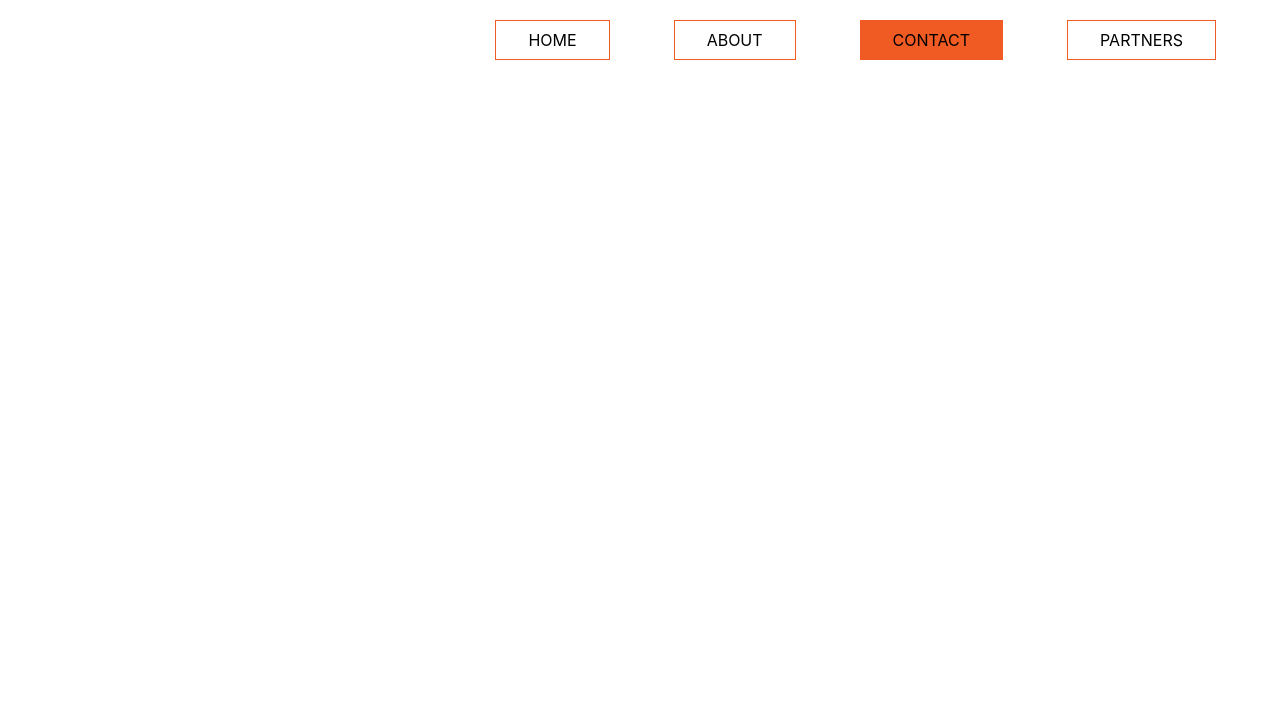
Repository: legenddev1202/whyclicktv
Page: /contact
An editor plug-in stored every save of this project. The page is shown before and after the next save, followed by the edit.
The browser window is 1280 px wide. The pictures show the whole page.
The project was rebuilt for these pictures with package versions that can differ from the ones it lists, and the page was loaded fresh each time. Also part of the build but not shown: src/pages/home.js, src/pages/about.js, src/App.css.

Above is the page before, as saved 2022-03-31 09:17:59.

### src/index.css
@tailwind base;
@tailwind components;
@tailwind utilities;

body {
  margin: 0;
  font-family: -apple-system, BlinkMacSystemFont, "Segoe UI", "Roboto", "Oxygen",
    "Ubuntu", "Cantarell", "Fira Sans", "Droid Sans", "Helvetica Neue",
    sans-serif;
  -webkit-font-smoothing: antialiased;
  -moz-osx-font-smoothing: grayscale;
  height: 100%;
  min-height: 500px;
}

code {
  font-family: source-code-pro, Menlo, Monaco, Consolas, "Courier New",
    monospace;
}

### src/App.js
import { Routes, Route, Link } from "react-router-dom";
import Home from "./pages/home";
import About from "./pages/about";
import "./App.css";
import Contact from "./pages/contact";

function App() {
  return (
    <Routes>
      <Route path="/" element={<Home />} />
      <Route path="about" element={<About />} />
      <Route path="contact" element={<Contact />} />
    </Routes>
  );
}

export default App;

### src/pages/contact.js
import React from "react";
import { Routes, Route, Link } from "react-router-dom";

function Contact() {
  return (
    <div>
      <div className="bg-transparent w-full h-20 flex items-center px-8 justify-between z-0">
        <div></div>
        <div className="bg-transparent">
          <button
            className="h-10 px-8 mx-8 border"
            style={{ borderColor: "#F05A23" }}
          >
            <Link to="/">HOME</Link>
          </button>
          <button
            className="h-10 px-8 mx-8 border"
            style={{ borderColor: "#F05A23" }}
          >
            <Link to="/about">ABOUT</Link>
          </button>
          <button
            className="h-10 px-8 mx-8 border"
            style={{ borderColor: "#F05A23", backgroundColor: "#F05A23" }}
          >
            <Link to="/contact">CONTACT</Link>
          </button>
          <button
            className="h-10 px-8 mx-8 border"
            style={{ borderColor: "#F05A23" }}
          >
            <Link to="/contact">PARTNERS</Link>
          </button>
        </div>
      </div>

      <div
        className="absolute w-18 h-full left-0 z-10"
        style={{ backgroundColor: "#F05A23" }}
      ></div>
    </div>
  );
}

export default Contact;

Loaded but not shown: public/index.html (common file); src/index.js (common file); src/reportWebVitals.js (common file); tailwind.config.js (common file)

After the next save:
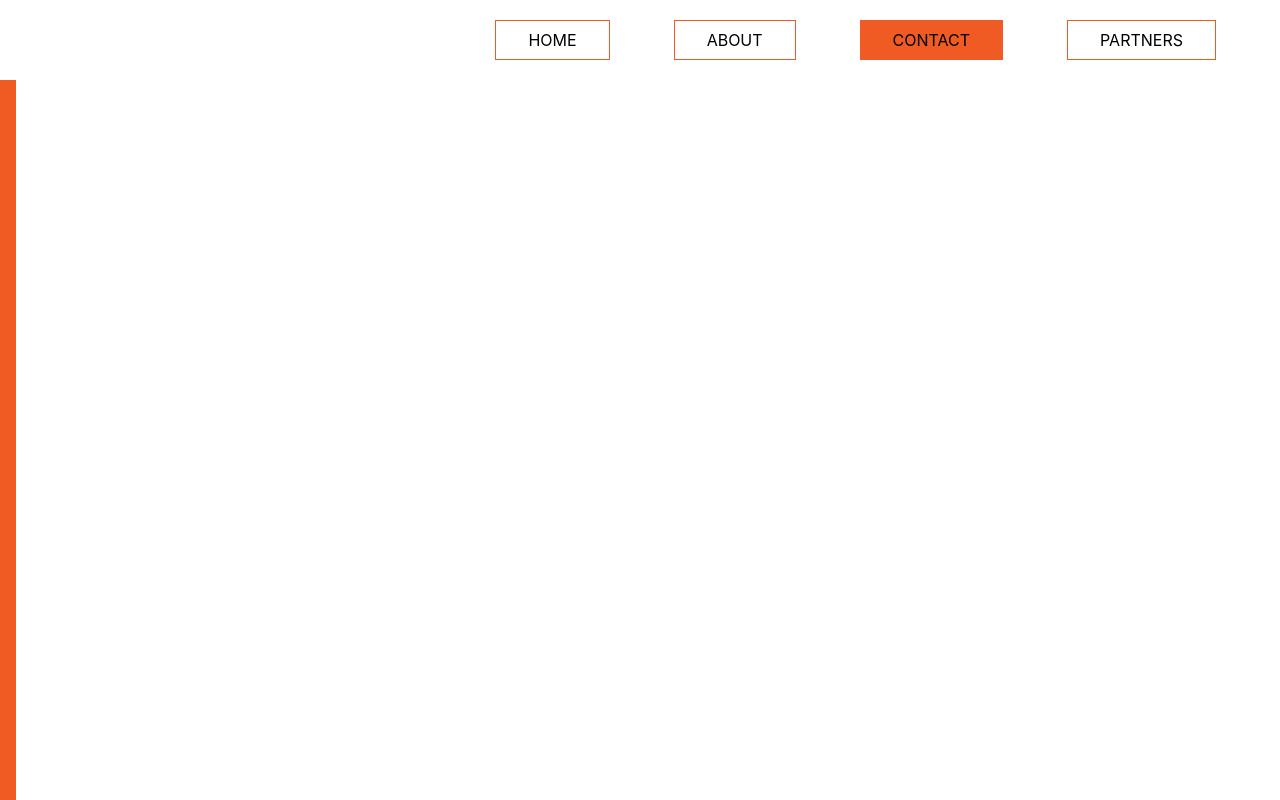
Saved 6 s later.
--- a/src/pages/contact.js
+++ b/src/pages/contact.js
@@ -35,7 +35,7 @@ function Contact() {
       </div>
 
       <div
-        className="absolute w-18 h-full left-0 z-10"
+        className="absolute w-4 h-full left-0 z-10"
         style={{ backgroundColor: "#F05A23" }}
       ></div>
     </div>
